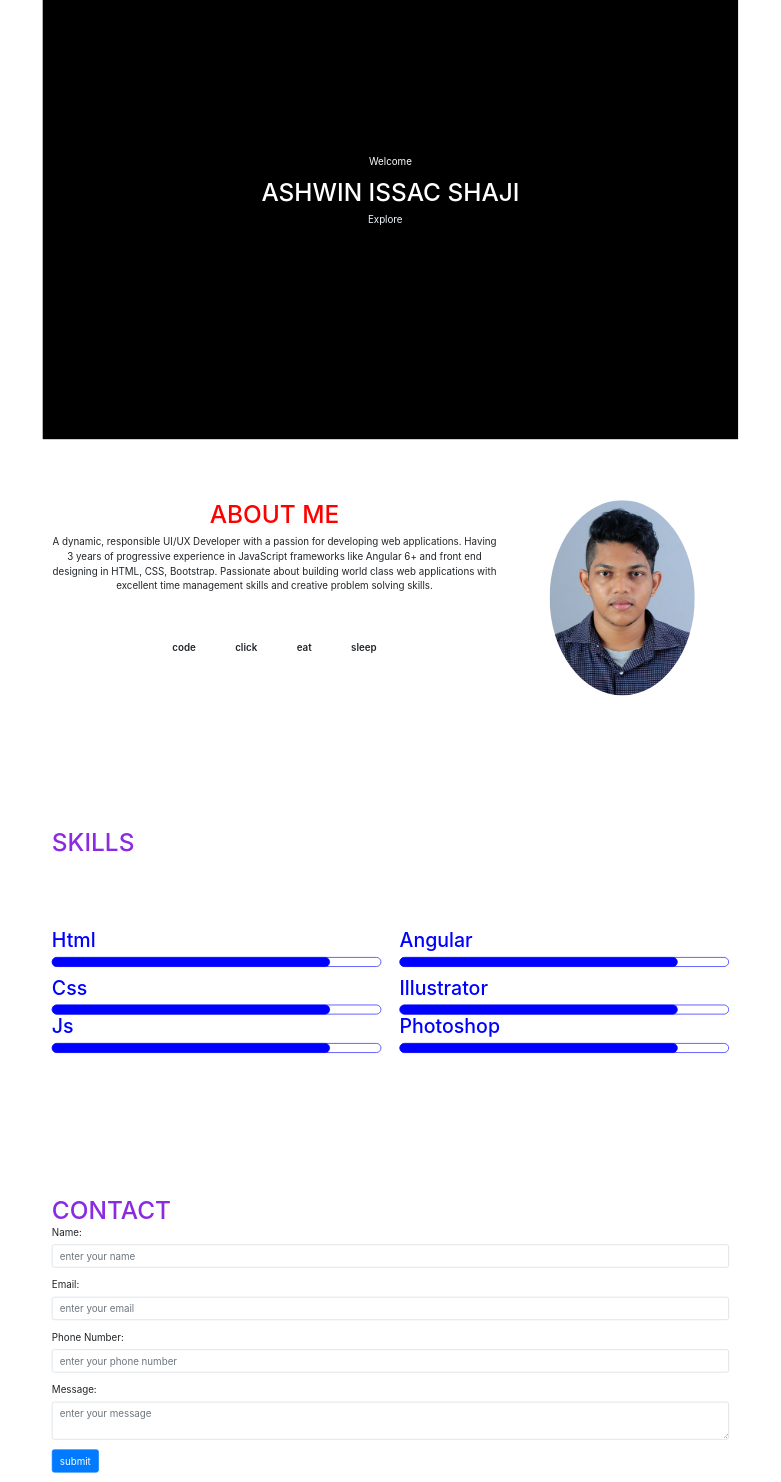
Repository: ashwinaisc/portfolio
Page: index.html
These files come from the project's save history. The page is drawn as it stood at one moment and after a run of saves; the edit follows.
The browser window is 1280 px wide. The pictures show the whole page, at 61% of full size.
Some web fonts or font styles are not loaded; a fallback is used.

Above is the page before, as saved 2019-08-13 20:29:33.
Not found: js/all.js

After the next 5 saves:
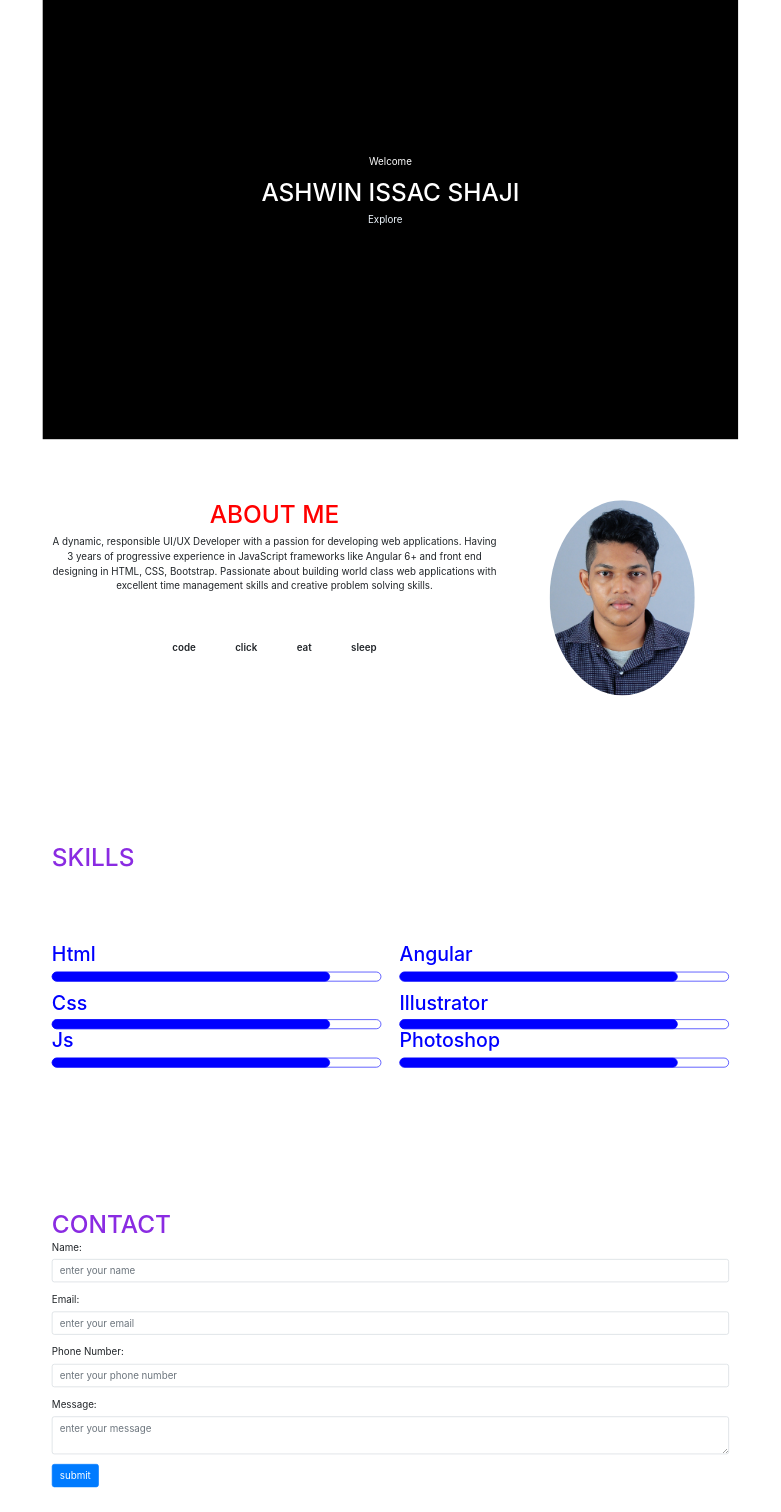
The 5 saves are shown as one change because they came seconds apart.
The last was saved 49 s later.
--- a/index.html
+++ b/index.html
@@ -64,7 +64,7 @@
 
 <!-- Skills -->
 
-<div class="container-fluid ais-skills-cf" >
+<session id="" class="container-fluid ais-skills-cf" >
         <div class="container ais-skills-c" >
             <div class="row ais-skills-row">
                 <h1 class="col-12 ais-skills-block-heading">skills</h1>
